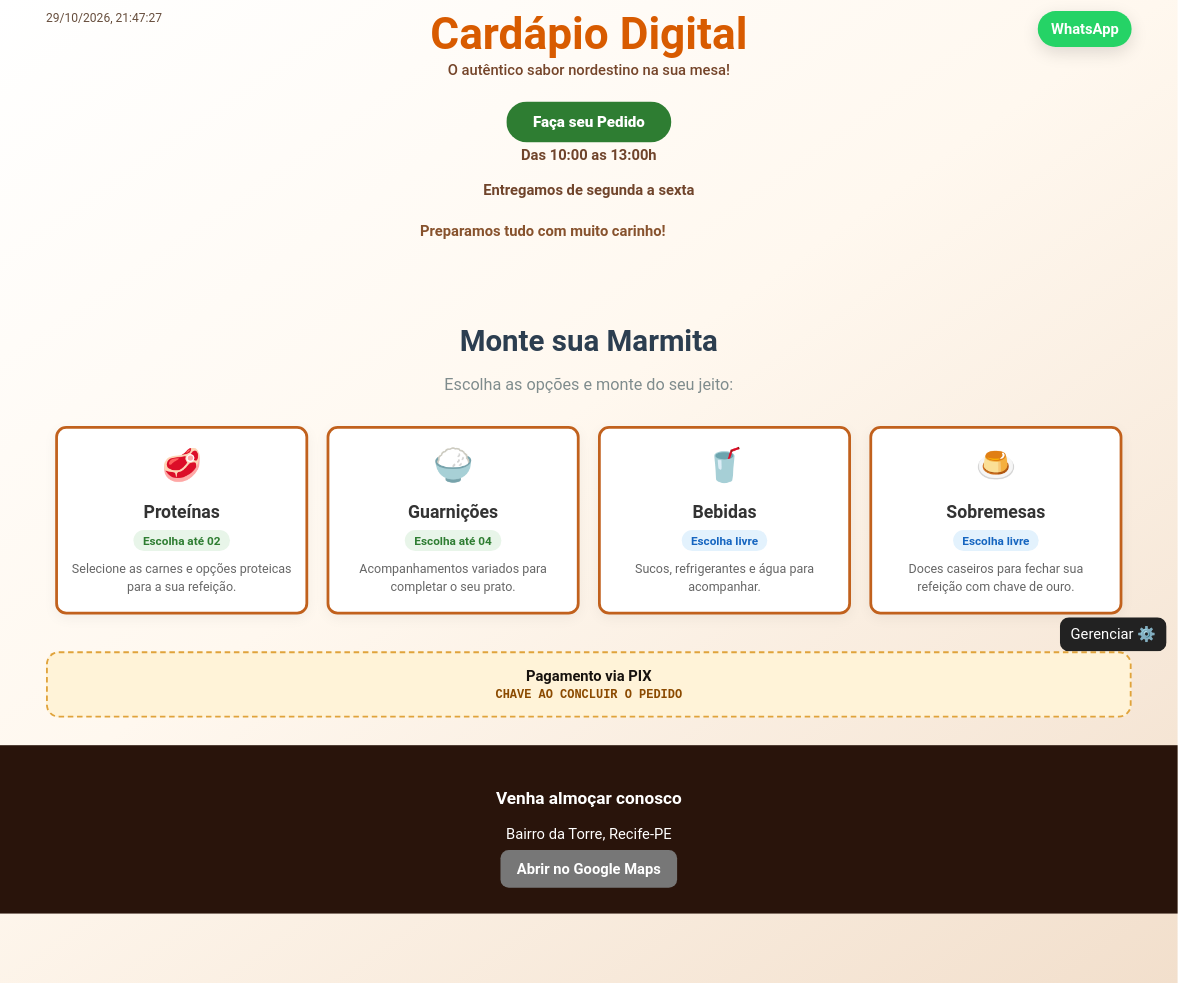
Repository: JeffRodFer/sd-copy-01-frontend
Page: index.html
The author's editor kept a copy of each file at every save. The page is drawn from the files as they stood at one save, then again after a run of saves.
The browser window is 1280 px wide. The pictures show the whole page, at 92% of full size.
The page's requests for data from a server got no answer.

Above is the page before, as saved 2026-10-31 11:41:44.

After the next 2 saves:
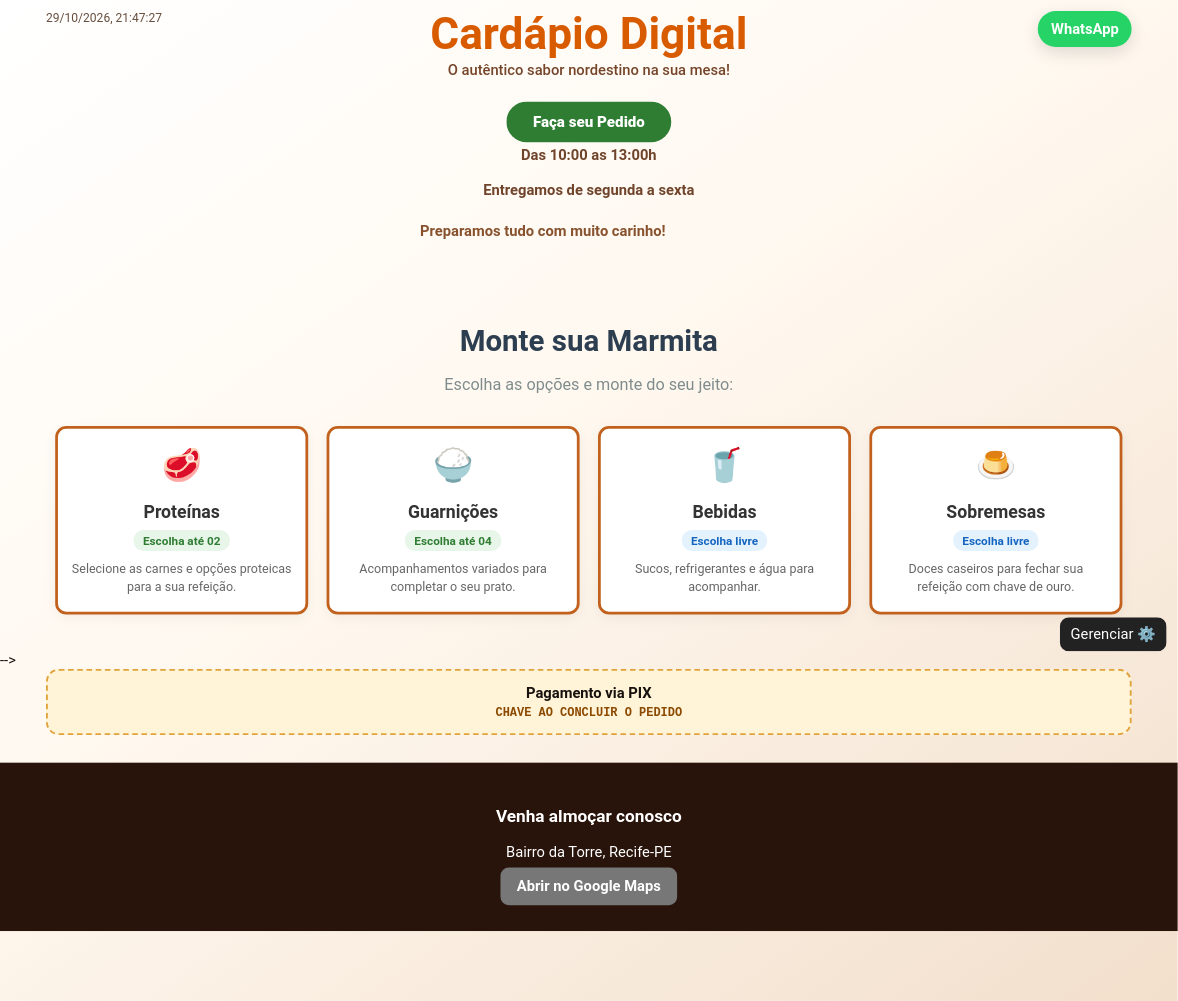
The 2 saves are shown as one change because they came seconds apart.
The last was saved 5 s later.
--- a/index.html
+++ b/index.html
@@ -95,7 +95,7 @@
         <p>Doces caseiros para fechar sua refeição com chave de ouro.</p>
       </div>
     </div>
-  </section>
+  </section> -->
 
 
   <div class="container pix">
